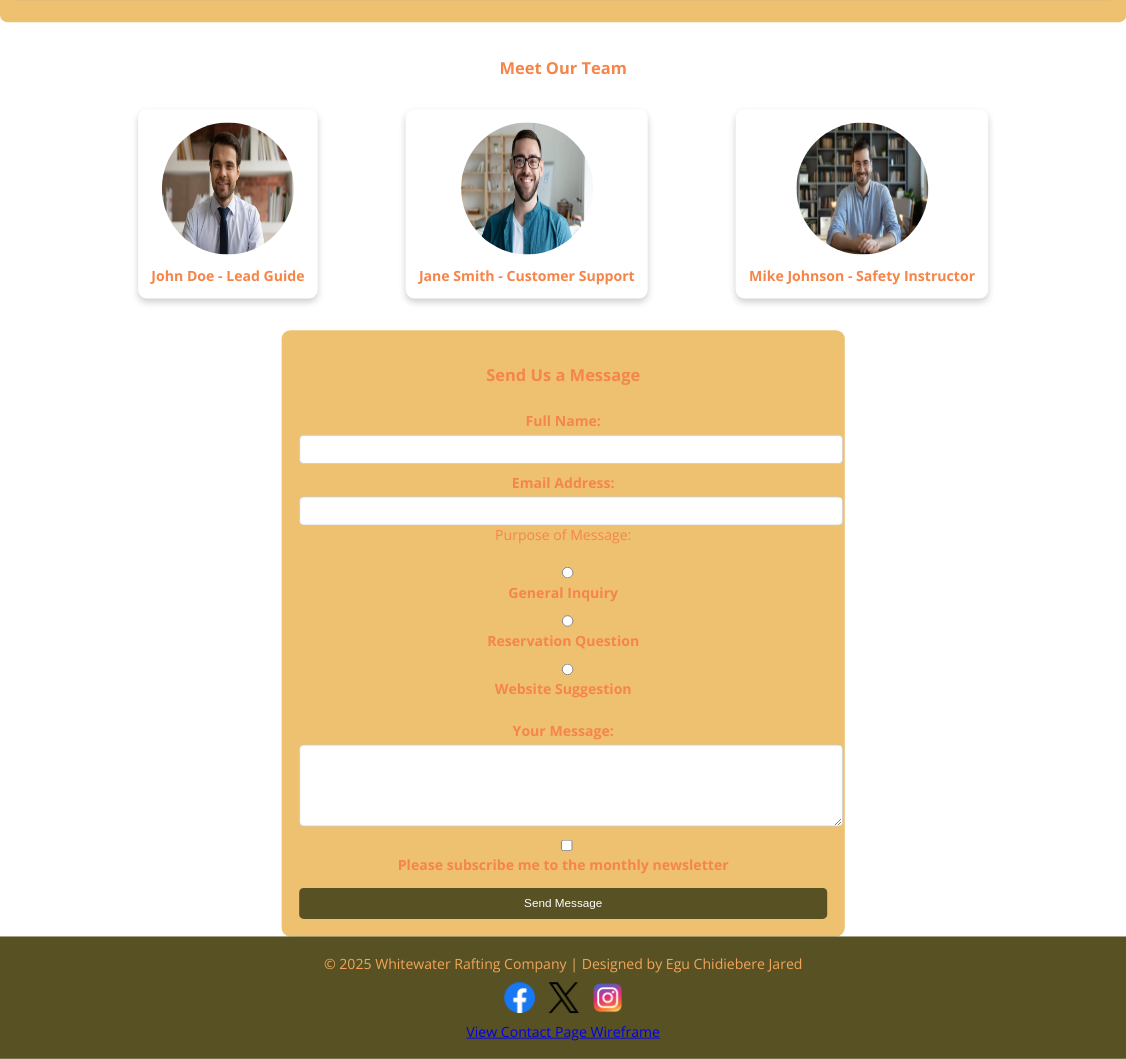
Repository: EguJaredoBoyd/wdd130
Page: wwr/contact.html
An editor plug-in stored every save of this project. The page is shown before and after the next save, followed by the edit.
The browser window is 1280 px wide. The pictures show the part of the page from y = 707 to 1910 px (the page is 1910 px tall), at 88% of full size.

Above is the page before, as saved 2025-04-03 21:51:14.

### wwr/contact.html
<!DOCTYPE html>
<html lang="en">

<head>
    <meta charset="UTF-8">
    <meta name="viewport" content="width=device-width, initial-scale=1.0">
    <meta name="description"
        content="Get in touch with Whitewater Rafting Company for inquiries, reservations, or suggestions.">
    <meta name="author" content="Egu Chidiebere Jared">
    <title>Contact Us - Whitewater Rafting Company</title>
    <!-- Google Fonts -->
    <link href="https://fonts.googleapis.com/css2?family=Open+Sans:wght@400;700&family=Roboto:wght@400;700&display=swap"
        rel="stylesheet">
    <!-- CSS Stylesheet -->
    <link rel="stylesheet" href="styles/rafting.css">
</head>

<body>
    <header>
        <img src="images/rafting1.jpg" alt="Whitewater Rafting Company Logo" class="logo">
        <h1>Whitewater Rafting</h1>
        <nav>
            <ul>
                <li><a href="index.html">Home</a></li>
                <li><a href="about.html">About Us</a></li>
                <li><a href="trips.html">Trips</a></li>
                <li><a href="contact.html" class="active">Contact</a></li>
            </ul>
        </nav>
    </header>

    <main>
        <h2>Contact Us</h2>

        <section class="company-info">
            <h3>Our Information</h3>
            <p><strong>Address:</strong> 123 River Rapids Rd, Adventure City, USA</p>
            <p><strong>Phone:</strong> (123) 456-7890</p>
            <p><strong>Email:</strong> info@whitewaterrafting.com</p>

            <h3>Find Us Here</h3>
            <iframe src="https://www.google.com/maps/embed?..." width="100%" height="300" style="border:0;"
                allowfullscreen="" loading="lazy"></iframe>
        </section>

        <section class="employees">
            <h3>Meet Our Team</h3>
            <div class="employee-gallery">
                <figure>
                    <img src="./images/employee1.jpg" alt="John Doe">
                    <figcaption>John Doe - Lead Guide</figcaption>
                </figure>
                <figure>
                    <img src="./images/employee2.jpg" alt="Jane Smith">
                    <figcaption>Jane Smith - Customer Support</figcaption>
                </figure>
                <figure>
                    <img src="./images/employee3.webp" alt="Mike Johnson">
                    <figcaption>Mike Johnson - Safety Instructor</figcaption>
                </figure>
            </div>
        </section>

        <section class="contact-form">
            <h3>Send Us a Message</h3>
            <form action="#" method="post">
                <label for="name">Full Name:</label>
                <input type="text" id="name" name="name" required>

                <label for="email">Email Address:</label>
                <input type="email" id="email" name="email" required>

                <fieldset>
                    <legend>Purpose of Message:</legend>
                    <label><input type="radio" name="purpose" value="general" required> General Inquiry</label>
                    <label><input type="radio" name="purpose" value="reservation"> Reservation Question</label>
                    <label><input type="radio" name="purpose" value="suggestion"> Website Suggestion</label>
                </fieldset>

                <label for="message">Your Message:</label>
                <textarea id="message" name="message" rows="5" required></textarea>

                <label><input type="checkbox" name="subscribe"> Please subscribe me to the monthly newsletter</label>

                <button type="submit">Send Message</button>
            </form>
        </section>
    </main>

    <footer>
        <p>&copy; 2025 Whitewater Rafting Company | Designed by Egu Chidiebere Jared</p>
        <div class="social-icons">
            <a href="https://facebook.com" target="_blank"><img src="images/facebookIcon.webp" alt="Facebook"></a>
            <a href="https://twitter.com" target="_blank"><img src="images/twitterIcon.webp" alt="Twitter"></a>
            <a href="https://instagram.com" target="_blank"><img src="images/instagramIcon.webp" alt="Instagram"></a>
        </div>
        <p><a href="images/contact-wireframe.png" target="_blank">View Contact Page Wireframe</a></p>
    </footer>
</body>

</html>

### wwr/styles/rafting.css
/* Define CSS variables for colors */
:root {
    --primary-color: #585123;
    --secondary-color: #EEC170;
    --accent-color: #F2A65A;
    --text-color: #F58549;
    --background-color: #fff;
}

/* Global Styles */
body {
    font-family: 'Open Sans', sans-serif;
    color: var(--text-color);
    background-color: var(--background-color);
    margin: 0;
    padding: 0;
}

/* Header */
header {
    display: flex;
    align-items: center;
    justify-content: space-between;
    background-color: var(--primary-color);
    padding: 15px 20px;
}

.logo {
    height: 60px;
}

header h1 {
    color: var(--secondary-color);
    font-size: 1.8em;
    text-align: center;
}

/* Navigation */
nav ul {
    display: flex;
    justify-content: center;
    list-style: none;
    padding: 0;
    margin: 0;
}

nav ul li {
    margin: 0 15px;
}

nav a {
    color: var(--accent-color);
    text-decoration: none;
    font-weight: 700;
    transition: color 0.3s ease-in-out;
}

nav a:hover,
nav a.active {
    color: var(--secondary-color);
}

/* Hero Section */
.hero {
    position: relative;
    text-align: center;
    color: var(--accent-color);
}

.hero-image {
    width: 100%;
    height: auto;
}

.hero h1 {
    position: absolute;
    top: 50%;
    left: 50%;
    transform: translate(-50%, -50%);
    font-size: 3em;
    background-color: rgba(0, 0, 0, 0.6);
    padding: 10px;
    color: white;
    border-radius: 8px;
}

/* Mission Article */
article {
    display: flex;
    align-items: center;
    background-color: var(--secondary-color);
    padding: 20px;
    border-radius: 10px;
    margin: 20px auto;
    max-width: 900px;
}

.article-image {
    width: 200px;
    height: auto;
    margin-right: 20px;
    border-radius: 8px;
}

/* Sections */
section {
    padding: 30px;
    text-align: center;
}

section h2 {
    color: var(--primary-color);
    font-size: 2em;
    margin-bottom: 15px;
}

/* Adventure Section */
.adventure-gallery {
    display: grid;
    grid-template-columns: repeat(auto-fit, minmax(200px, 1fr));
    gap: 20px;
    padding: 20px;
}

.adventure-gallery figure {
    text-align: center;
    background-color: var(--background-color);
    padding: 10px;
    border-radius: 8px;
    box-shadow: 0 4px 8px rgba(0, 0, 0, 0.2);
}

.adventure-gallery img {
    width: 100%;
    height: auto;
    border-radius: 8px;
}

figcaption {
    margin-top: 8px;
    font-weight: bold;
    color: var(--text-color);
}

/* Contact Page Styles */
.company-info {
    background: var(--secondary-color);
    padding: 20px;
    border-radius: 8px;
}

.company-info p {
    font-size: 1.1em;
    margin: 5px 0;
}

/* Employee Section */
.employees {
    padding: 20px;
}

.employee-gallery {
    display: flex;
    justify-content: center;
    gap: 20px;
}

.employee-gallery figure {
    text-align: center;
    background-color: var(--background-color);
    padding: 15px;
    border-radius: 10px;
    box-shadow: 0 4px 8px rgba(0, 0, 0, 0.2);
}

.employee-gallery img {
    width: 150px;
    height: 150px;
    border-radius: 50%;
}

/* Contact Form */
.contact-form {
    background: var(--secondary-color);
    padding: 20px;
    border-radius: 10px;
    max-width: 600px;
    margin: auto;
}

.contact-form form {
    display: flex;
    flex-direction: column;
}

.contact-form label {
    font-weight: bold;
    margin-top: 10px;
}

input,
textarea {
    padding: 8px;
    margin-top: 5px;
    border-radius: 5px;
    border: 1px solid #ccc;
    width: 100%;
}

fieldset {
    border: none;
    padding: 10px 0;
}

fieldset label {
    display: block;
    margin-bottom: 5px;
}

button {
    background: var(--primary-color);
    color: white;
    padding: 10px;
    border: none;
    margin-top: 15px;
    cursor: pointer;
    border-radius: 5px;
    transition: background 0.3s;
}

button:hover {
    background: var(--accent-color);
}

/* Footer */
footer {
    background-color: var(--primary-color);
    color: var(--accent-color);
    text-align: center;
    padding: 15px 0;
}

footer p {
    margin: 5px 0;
}

.social-icons {
    display: flex;
    justify-content: center;
    gap: 15px;
    margin-top: 10px;
}

.social-icons a {
    display: inline-block;
}

footer img {
    width: 35px;
    height: 35px;
    transition: transform 0.3s ease-in-out;
}

footer img:hover {
    transform: scale(1.1);
}

/* Responsive Design */
@media (max-width: 768px) {
    header {
        flex-direction: column;
        text-align: center;
    }

    nav ul {
        flex-direction: column;
        padding-top: 10px;
    }

    nav ul li {
        margin-bottom: 10px;
    }

    .hero h1 {
        font-size: 2em;
        padding: 5px;
    }

    .article-image {
        width: 150px;
    }

    .adventure-gallery {
        grid-template-columns: repeat(auto-fit, minmax(150px, 1fr));
    }

    .employee-gallery {
        flex-direction: column;
        align-items: center;
    }
}

After the next save:
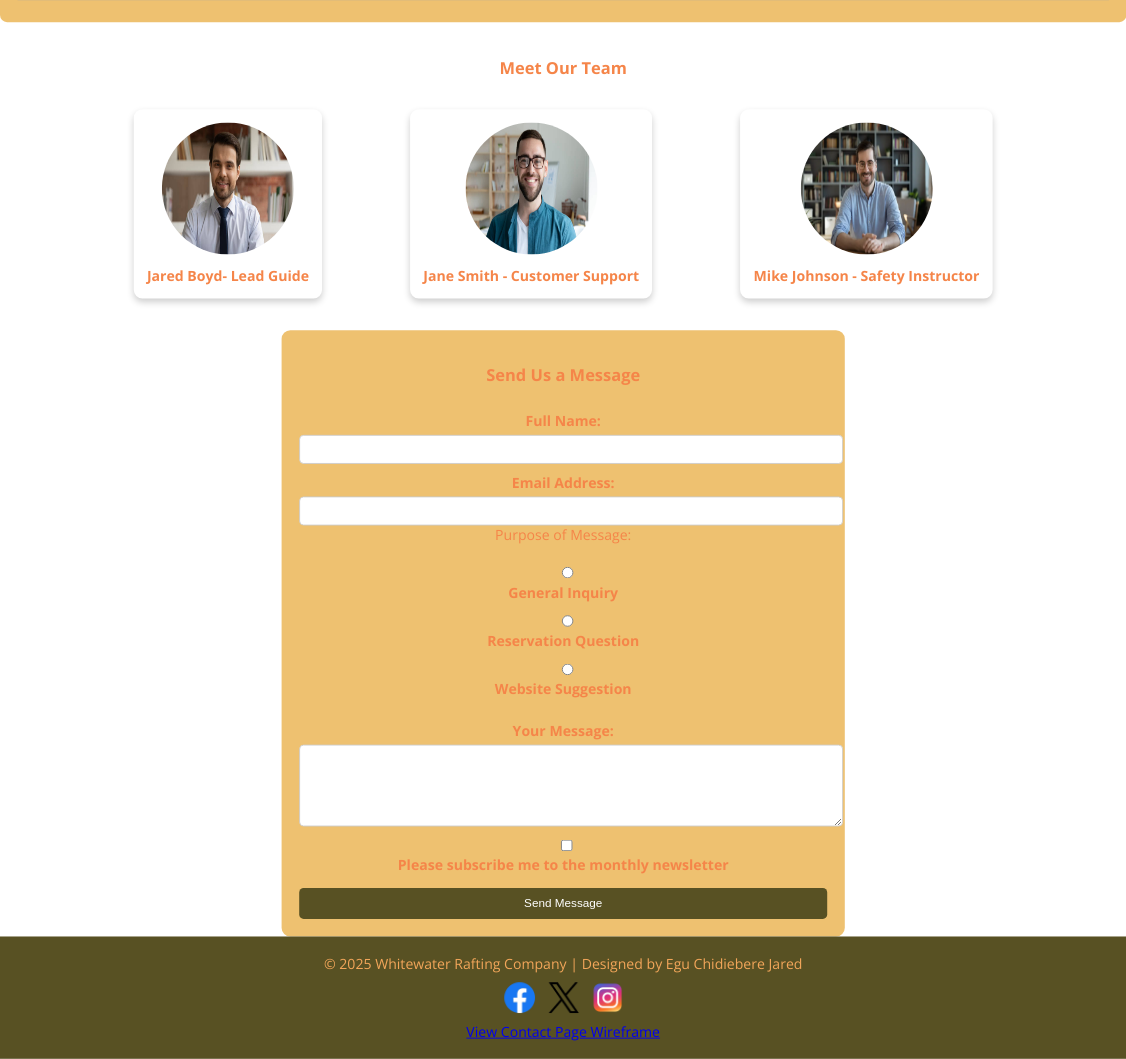
Saved 61 s later.
--- a/wwr/contact.html
+++ b/wwr/contact.html
@@ -48,7 +48,7 @@
             <div class="employee-gallery">
                 <figure>
                     <img src="./images/employee1.jpg" alt="John Doe">
-                    <figcaption>John Doe - Lead Guide</figcaption>
+                    <figcaption>Jared Boyd- Lead Guide</figcaption>
                 </figure>
                 <figure>
                     <img src="./images/employee2.jpg" alt="Jane Smith">
